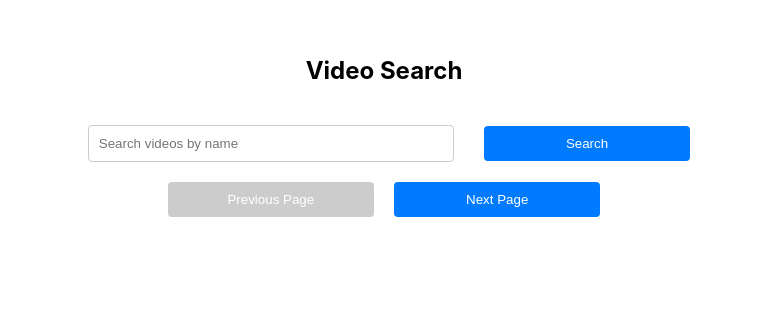
Repository: LolaSL/video-search
Page: /
An editor plug-in stored every save of this project. The page is shown before and after the next save, followed by the edit.
The browser window is 768 px wide. The pictures show the whole page.
The project was rebuilt for these pictures with package versions that can differ from the ones it lists, and the page was loaded fresh each time.

Above is the page before, as saved 2023-08-12 13:12:50.

After the next save:
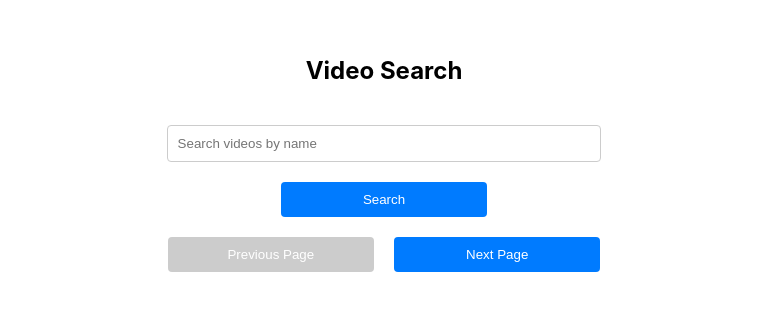
Saved 6 s later.
--- a/src/App.css
+++ b/src/App.css
@@ -71,7 +71,7 @@ iframe {
   }
 
   input[type="text"] {
-    width: 50%;
+    width:60%;
     margin: 20px;
     margin-bottom: 10px;
   }
